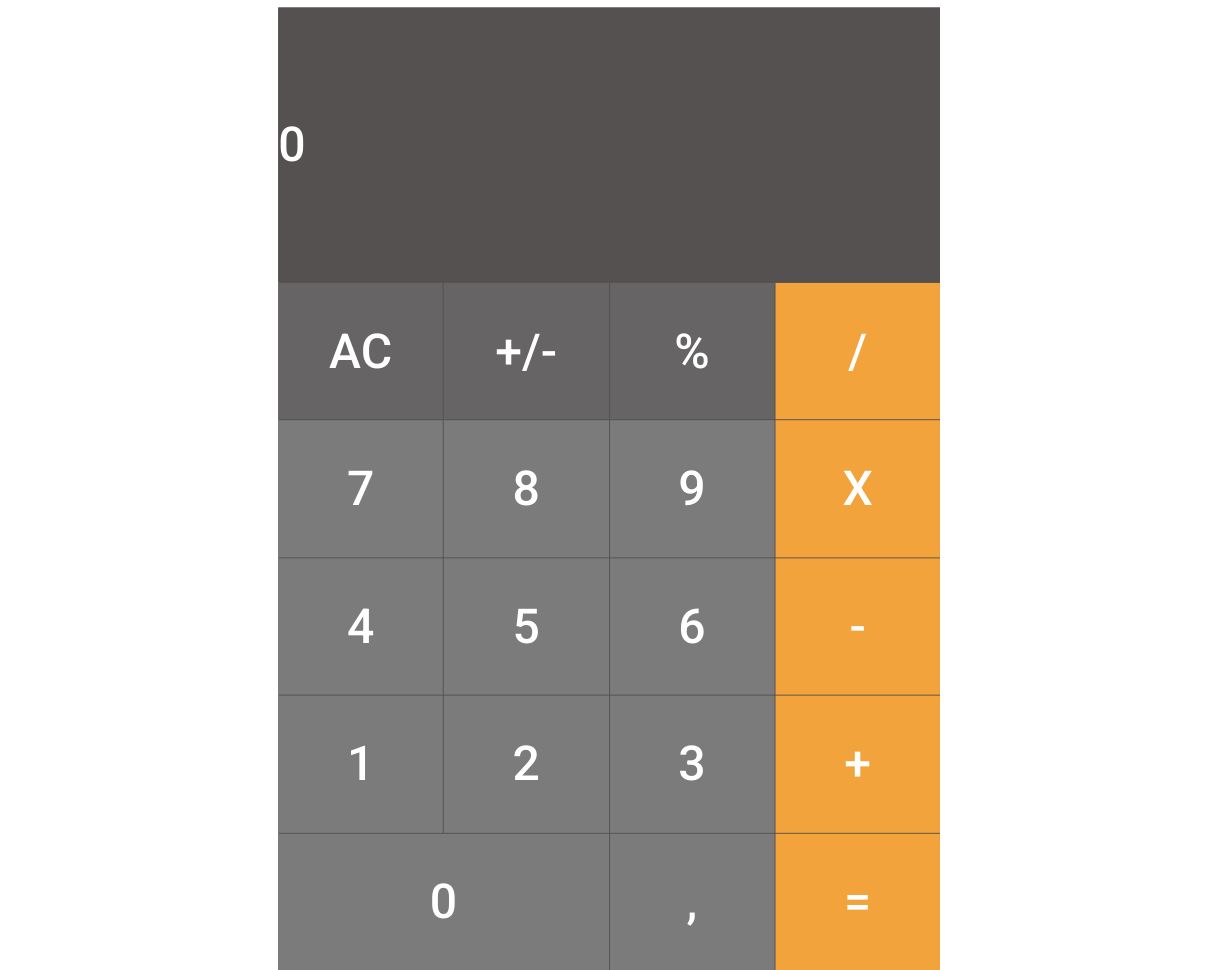
Repository: maciekto/calculatorOOP
Page: index.html
The author's editor kept a copy of each file at every save. The page is drawn from the files as they stood at one save, then again after the next save.
The browser window is 1280 px wide. The page is 1288 px wide, so the pictures cover 1288 px, including what lies to the right of the window. The pictures show the whole page, at 94% of full size.

Above is the page before, as saved 2022-06-19 19:02:20.

### index.html
<!DOCTYPE html>
<html lang="en">
<head>
    <meta charset="UTF-8">
    <meta http-equiv="X-UA-Compatible" content="IE=edge">
    <meta name="viewport" content="width=device-width, initial-scale=1.0">
    <title>Document</title>
    <link rel="stylesheet" href="css.css">


</head>
<body>
    <main>
        <div class="Calc">
            <div class="Calc__result">0</div>

            <div class="Calc__reset">
                AC
            </div>
            <div class="Calc__opposite">
                +/-
            </div>
            <div class="Calc__percentages">
                %
            </div>
            <div class="Calc__divide">
                /
            </div>

            <div class="Calc__7">7</div>
            <div class="Calc__8">8</div>
            <div class="Calc__9">9</div>
            <div class="Calc__multiply">
                X
            </div>

            <div class="Calc__4">4</div>
            <div class="Calc__5">5</div>
            <div class="Calc__6">6</div>
            <div class="Calc__substraction">
                -
            </div>

            <div class="Calc__1">1</div>
            <div class="Calc__2">2</div>
            <div class="Calc__3">3</div>
            <div class="Calc__addition">
                +
            </div>

            <div class="Calc__0">0</div>
            <div class="Calc__comma">,</div>
            <div class="Calc__isequal">
                =
            </div>

        </div>
    </main>

    <script src="js.js"></script>
</body>
</html>

### css.css
@import url('https://fonts.googleapis.com/css2?family=Roboto:wght@400;500;700&display=swap');

* {
    font-family: 'Roboto', sans-serif;
    font-weight: 500;
    box-sizing: border-box;
}

main {
    width: 100vw;
    height: 100vh;
    display: grid;
    place-items: center;
}

.Calc {
    max-width: 60vw;
    width: 55vw;
    height: 80vw;
    background: #545150;
    color: white;
    display: grid;
    grid-template-columns: repeat(4, 1fr);
    grid-template-rows: repeat(7, 1fr);
    grid-template-areas:
    "result result result result"
    "result result result result"
    "reset opposite percentages divide"
    "seven eight nine multiply"
    "four five six substraction"
    "one two three addition"
    "zero zero comma isequal"
    ;
    grid-gap: 1px;
    font-size: 4vw;
}
.Calc div {
    display: grid;
    place-items: center;
    background: #7b7b7c;
}
.Calc__result {
    grid-area: result;
    background: #545150 !important;
    display: flex !important;
    align-items: flex-end;
}
.Calc__reset {
    background: #666464 !important;
}
.Calc__opposite {
    background: #666464 !important;
}
.Calc__percentages {
    background: #666464 !important;
}
.Calc__divide {
    background: #f2a33c !important;
}
.Calc__multiply {
    background: #f2a33c !important;
}
.Calc__substraction {
    background: #f2a33c !important;
}
.Calc__addition {
    background: #f2a33c !important;
}
.Calc__isequal {
    background: #f2a33c !important;
}


.Calc__0 {
    grid-area: zero;
}

### js.js
console.log('siemano')

After the next save:
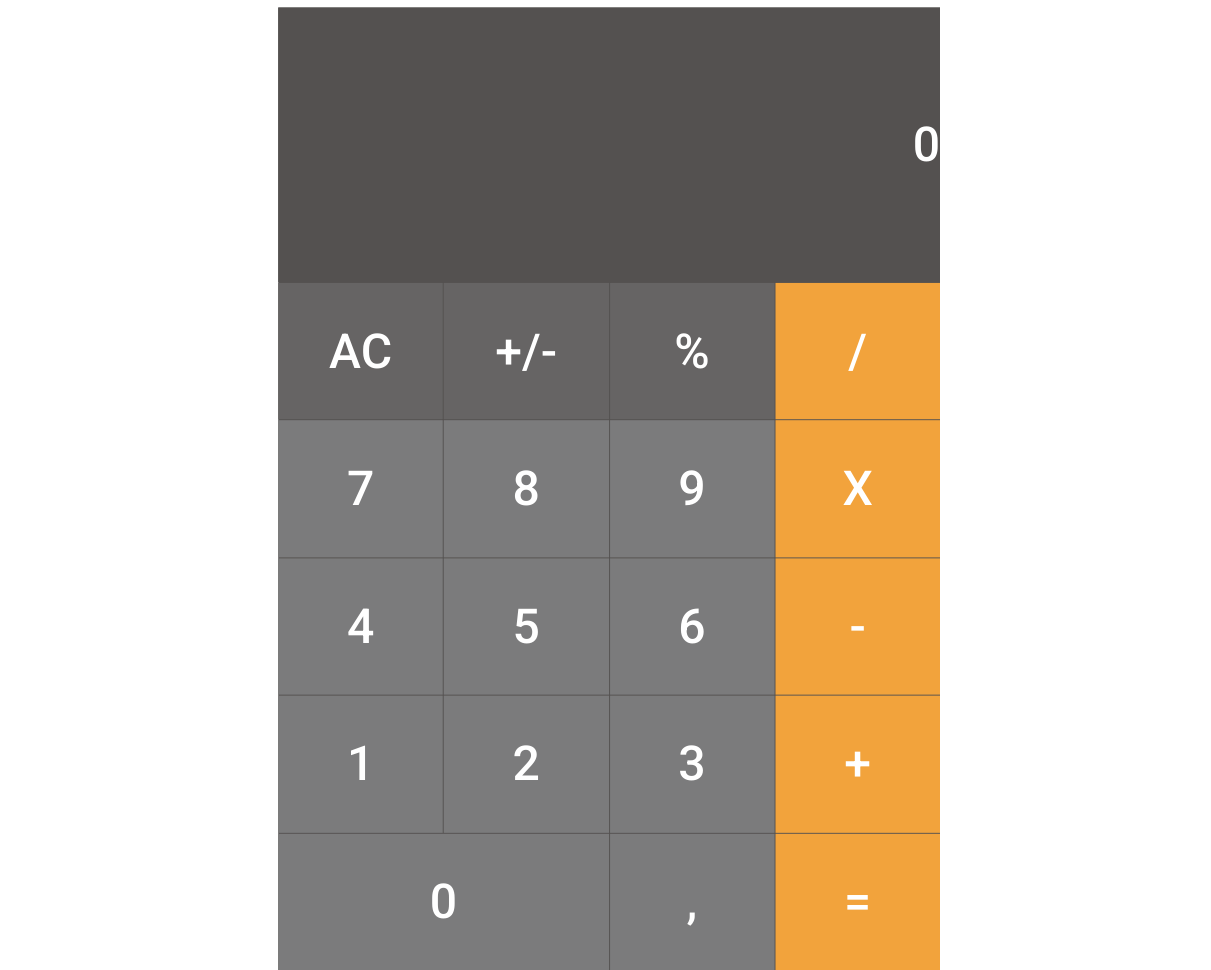
Saved 9 s later.
--- a/css.css
+++ b/css.css
@@ -44,6 +44,7 @@ main {
     background: #545150 !important;
     display: flex !important;
     align-items: flex-end;
+    justify-content: flex-end;
 }
 .Calc__reset {
     background: #666464 !important;
